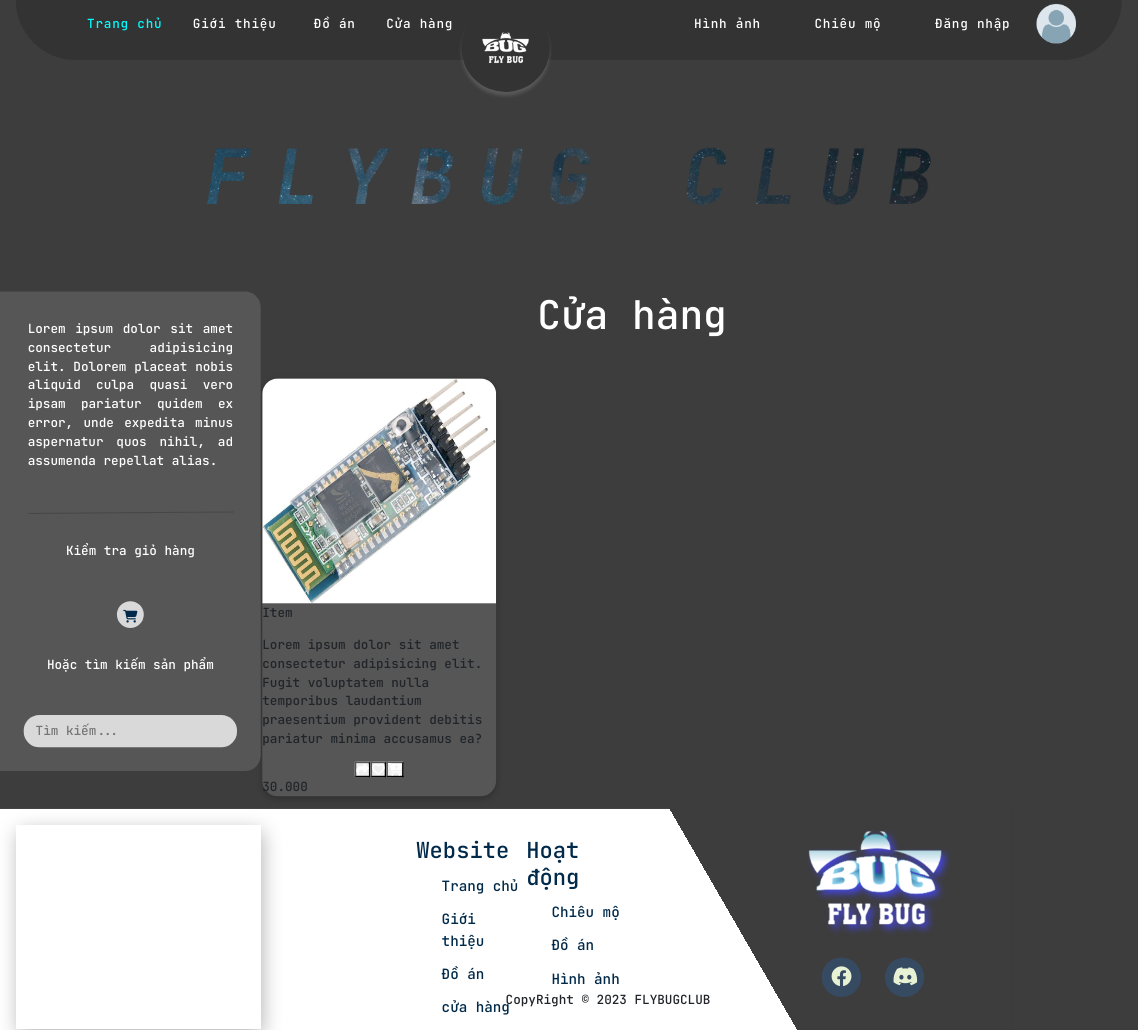
Repository: NQD2308/FlyBugClub_WebApp
Page: PROJECT FLYNUG/html/store.html
These files come from the project's save history. The page is drawn as it stood at one moment and after the next save; the edit follows.
The browser window is 1280 px wide. The page is 1440 px wide, so the pictures cover 1440 px, including what lies to the right of the window. The pictures show the whole page, at 79% of full size.
Pictures or frames that could not be fetched are drawn as grey boxes.

Above is the page before, as saved 2023-09-18 10:56:57.

After the next save:
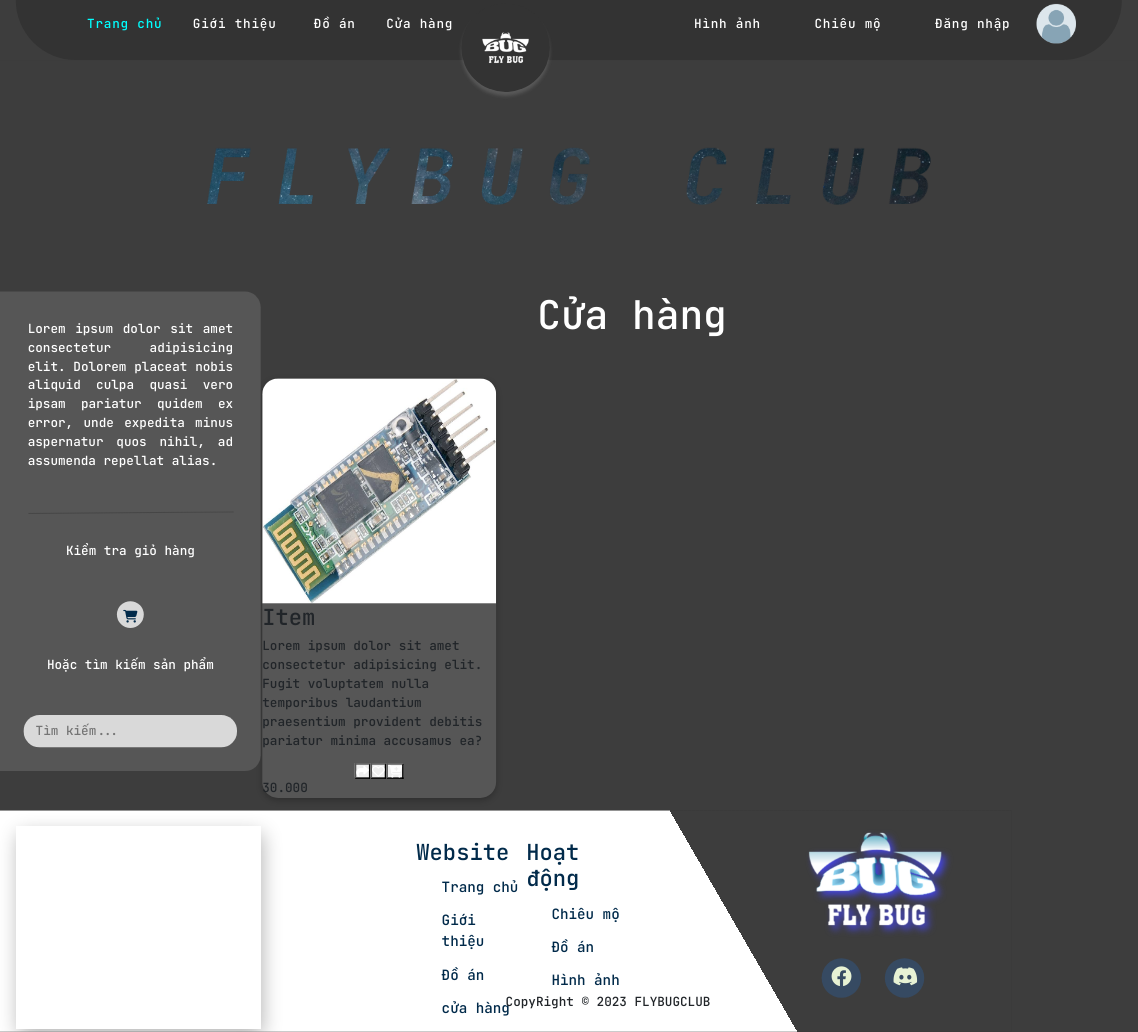
Saved 43 s later.
--- a/PROJECT FLYNUG/html/store.html
+++ b/PROJECT FLYNUG/html/store.html
@@ -94,7 +94,7 @@
                                 <div class="col col-md-4">
                                     <div class="item-card">
                                         <img src="../img/bluth.jpg" alt="Photo item store">
-                                        <p>Item</p>
+                                        <h3>Item</h3>
                                         <p>Lorem ipsum dolor sit amet consectetur adipisicing elit. Fugit voluptatem nulla temporibus laudantium praesentium provident debitis pariatur minima accusamus ea?</p>
                                         <div class="center">
                                             <button class="icon-share">
